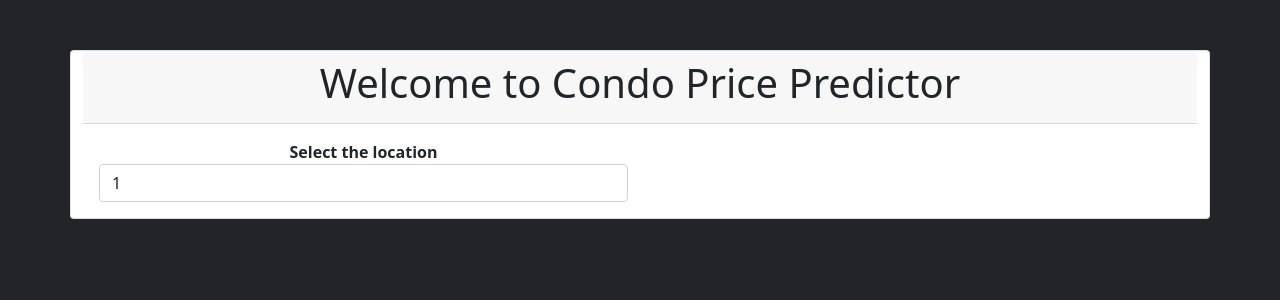
Repository: myothida/condoprice_CNX
Page: http://localhost/
These files come from the project's save history. The page is drawn as it stood at one moment and after a run of saves; the edit follows.
The browser window is 1280 px wide. The pictures show the whole page.
The page is served by the project's application, run on Flask 3 (main.py).

Above is the page before, as saved 2023-09-26 21:48:54.

After the next 2 saves:
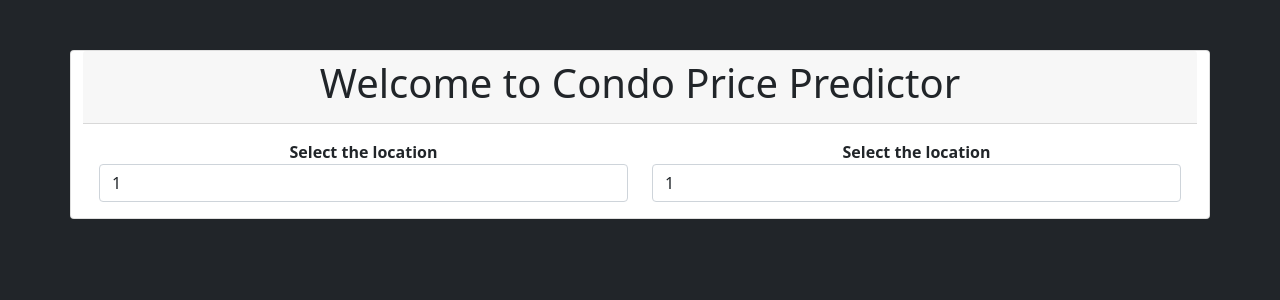
The 2 saves are shown as one change because they came seconds apart.
The last was saved 33 s later.
--- a/templates/index.html
+++ b/templates/index.html
@@ -39,6 +39,21 @@
                     <option>4</option>
                   </select>
                 </div>
+
+                <div class="col-md-6 form-group" style="text-align: center">
+                  <label><b> Select the location </b> </label>
+                  <select
+                    class="selectpicker form-control"
+                    id=""
+                    name=""
+                    require="1"
+                  >
+                    <option>1</option>
+                    <option>2</option>
+                    <option>3</option>
+                    <option>4</option>
+                  </select>
+                </div>
               </div>
             </form>
           </div>
